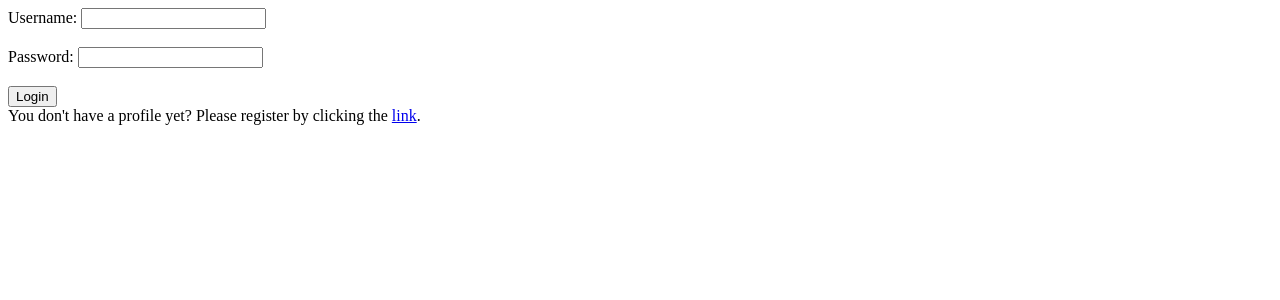
Repository: DzevoX/RZK_Planner
Page: http://localhost/PlanerWEB/
These files come from the project's save history. The page is drawn as it stood at one moment and after the next save; the edit follows.
The browser window is 1280 px wide. The pictures show the whole page.
The page is served by Tomcat 9. Nobody is signed in. The application's start-up code is not run. Other server files are loaded and not shown.

Above is the page before, as saved 2022-11-28 23:42:38.

### PlanerWEB/src/main/webapp/index.jsp
<%@ page language="java" contentType="text/html; charset=ISO-8859-1"
    pageEncoding="ISO-8859-1"%>
<!DOCTYPE html>
<html>
<head>
<meta charset="ISO-8859-1">
<title>Login</title>
</head>
<body>
	<form action="/PlanerWEB/LoginServlet" method="post">
		Username: <input type="text" name="username" id="username"><br><br>
		Password: <input type="password" name="password" id="password"><br><br>
		<input type="submit" value="Login"><br>
	</form>
	You don't have a profile yet? Please register by clicking the <a href="/PlanerWEB/register.jsp">link</a>.
</body>
</html>

After the next save:
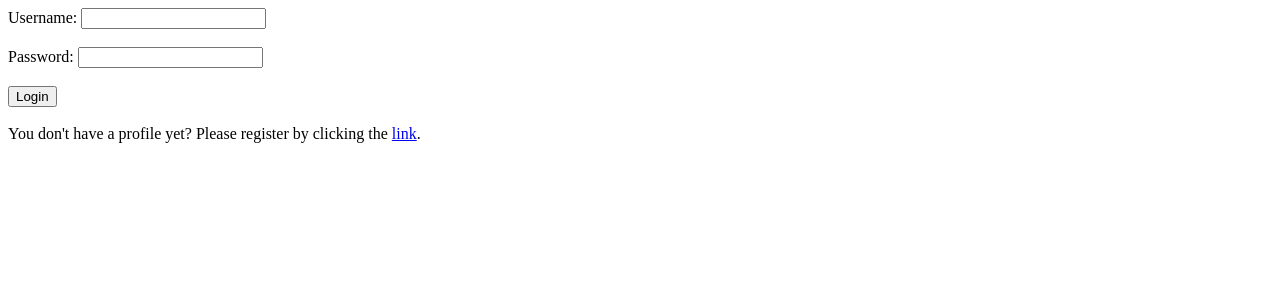
Saved 21 s later.
--- a/PlanerWEB/src/main/webapp/index.jsp
+++ b/PlanerWEB/src/main/webapp/index.jsp
@@ -11,7 +11,7 @@
 		Username: <input type="text" name="username" id="username"><br><br>
 		Password: <input type="password" name="password" id="password"><br><br>
 		<input type="submit" value="Login"><br>
-	</form>
+	</form><br>
 	You don't have a profile yet? Please register by clicking the <a href="/PlanerWEB/register.jsp">link</a>.
 </body>
 </html>
